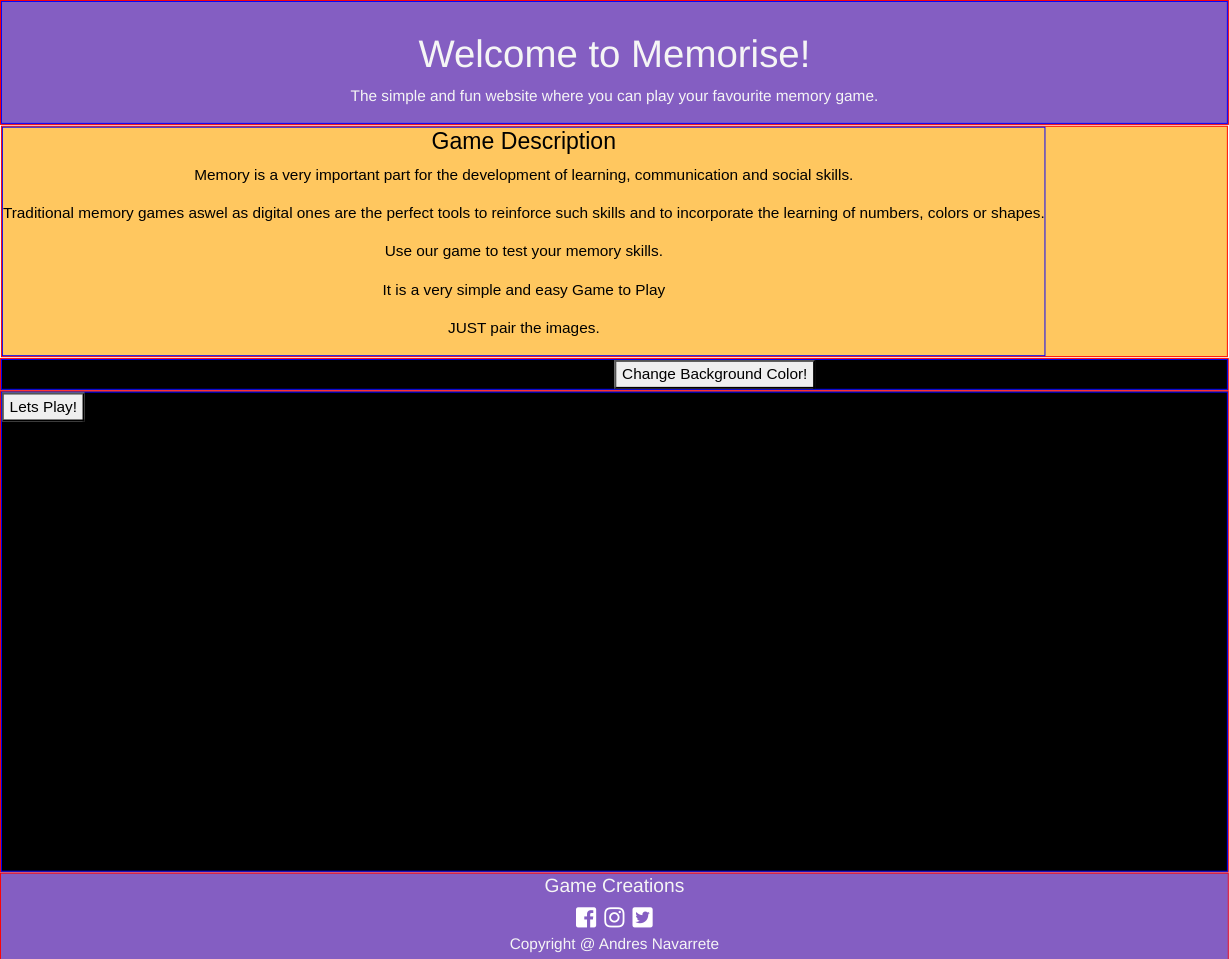
Repository: andna5980/memorise
Page: index.html
The author's editor kept a copy of each file at every save. The page is drawn from the files as they stood at one save, then again after the next save.
The browser window is 1280 px wide. The pictures show the whole page, at 96% of full size.
Some web fonts or font styles are not loaded; a fallback is used. Some web libraries are served in a nearby version.

Above is the page before, as saved 2021-04-27 13:38:02.

### index.html
<!DOCTYPE html>
<html lang="en">

<head>
    <meta charset="UTF-8">
    <meta http-equiv="X-UA-Compatible" content="IE=edge">
    <meta name="viewport" content="width=device-width, initial-scale=1.0">
    <meta name="author" content="Andres Navarrete">
    <meta name="description" content="Web-based Memory Game">
    <title>MEMORISE | GAME</title>
    <link rel="stylesheet" href="https://cdn.jsdelivr.net/npm/bootstrap@4.5.3/dist/css/bootstrap.min.css"
        integrity="sha384-TX8t27EcRE3e/ihU7zmQxVncDAy5uIKz4rEkgIXeMed4M0jlfIDPvg6uqKI2xXr2" crossorigin="anonymous">
    <link rel="stylesheet" href="https://use.fontawesome.com/releases/v5.6.3/css/all.css"
        integrity="sha384-UHRtZLI+pbxtHCWp1t77Bi1L4ZtiqrqD80Kn4Z8NTSRyMA2Fd33n5dQ8lWUE00s/" crossorigin="anonymous">
    <link href="./assets/styles/style.css" rel="stylesheet">

</head>

<body>
    <header>
        <div class="test-red">
            <div class="welcome-test test-blue">
                <h1>Welcome to Memorise!</h1>
                <p>
                    The simple and fun website where you can play your favourite memory game.
                </p>

            </div>
        </div>
    </header>


    <div class="game-description row test-red">
        <div class="test-blue">
            <h4>Game Description</h4>
            <p>
                Memory is a very important part for the development of learning, communication and social skills.
            </p>
            <p>Traditional memory games aswel as digital ones are the perfect tools to reinforce such skills and to
                incorporate the learning of numbers, colors or shapes.</p>
            Use our game to test your memory skills.
            </p>
            <p>It is a very simple and easy Game to Play</p>
            <p> JUST pair the images. </p>
        </div>
    </div>

    <div class="change-color test-red">
        <div class="change-color test-blue">
            <button id="changecolor">Change Background Color!</button>
        </div>
    </div>

    <div class="game-area test-red">
        <div class="game-area-box test-blue">
            <button id="letsplay">Lets Play!</button>
        </div>
    </div>



    <footer>
        <div class="social-networks test-red">
            <h5>Game Creations</h5>

            <a href="http://facebook.com" target="_blank"><i class="fab fa-facebook-square"></i></a>

            <a href="http://instagram.com" target="_blank"><i class="fab fa-instagram"></i></a>

            <a href="http://twitter.com" target="_blank"><i class="fab fa-twitter-square"></i></a>

            <h6>Copyright @ Andres Navarrete</h6>
        </div>
    </footer>

    <script src="/assets/js/main.js"></script>
</body>

</html>

### assets/styles/style.css
@import url('https://fonts.googleapis.com/css2?family=Amatic+SC&family=Original+Surfer&display=swap');

body {
    font-family: Arial, Helvetica, sans-serif;
    color: whitesmoke;
    max-width: 2000px;
}

header {
    font-family: Original Surfer, Amatic, Helvetica;
    color: whitesmoke;
    background-color: #845EC2;
}


/*   ROWS AND COLUMM AREAS   */
.test-red{
    border:1px solid red
}

.test-blue {
    border: 1px solid blue;
}

/*------------------------------------------HEADER------------------------*/

.welcome-test {
    text-align: center;
    margin-top: 25px 0;
    padding-top: 30px;
}




/*----------------------------------CHANGE BACKGROUND COLOR AREA -----------------------*/

.change-color {
    background-color: black;
}
#changecolor {
 display: inline-block;
 margin-left: 50%;
}


/*----------------------------------GAME DESCRIPTION -----------------------*/

.game-description {
    margin: 1px;
    background-color: #FFC75F;
    color: black;
    text-align: center;
}










/*--------------------------------GAME AREA--------------------------------*/

.game-area-box {
    background-color: black;
    height: 500px;

}





/*--------------------------------FOOTER--------------------------------*/

footer {
    font-family: Original Surfer, Amatic, Helvetica;
    color: whitesmoke;
    background-color: #845EC2;
    height: 90px;
    width: 100%;
    overflow: hidden;
}

.social-networks {
    text-align: center;
}

.social-networks a {
    color: white;
    margin: 1px;
    padding: 1px;
    display: inline-block;
    transition: all 0.35s ease-in-out;
    -moz-transition: all 0.35s ease-in-out;
    -webkit-transition: all 0.35s ease-in-out;
    -o-transition: all 0.35s ease-in-out;
}

.social-networks a i:hover {
    color:#F9F871;
}

.social-networks i {
    font-size: 150%;
}

Loaded but not shown: assets/js/main.js (no copy from this time; the picture is the same without it)

After the next save:
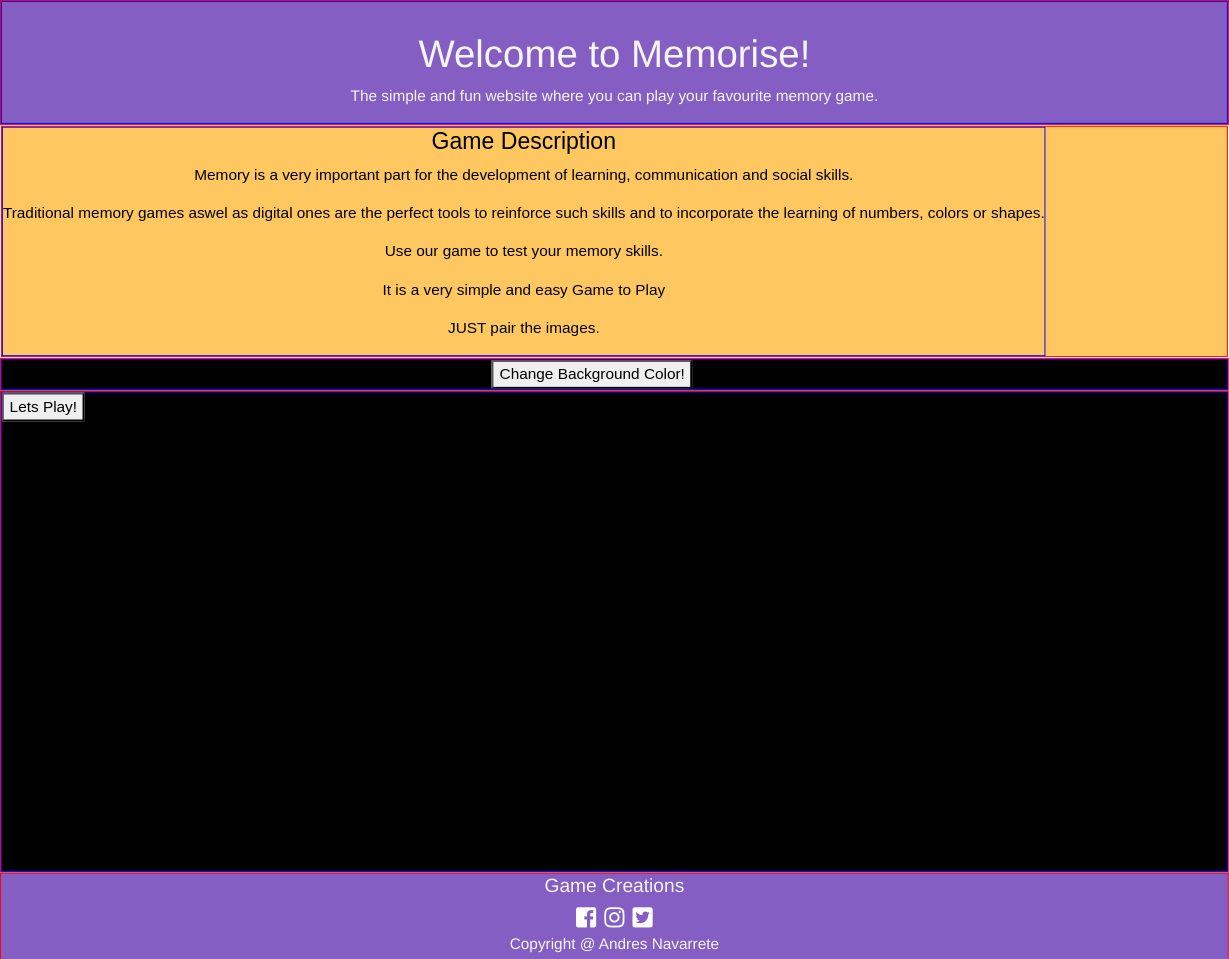
Saved 14 s later.
--- a/assets/styles/style.css
+++ b/assets/styles/style.css
@@ -40,7 +40,7 @@ header {
 }
 #changecolor {
  display: inline-block;
- margin-left: 50%;
+ margin-left: 40%;
 }
 
 
